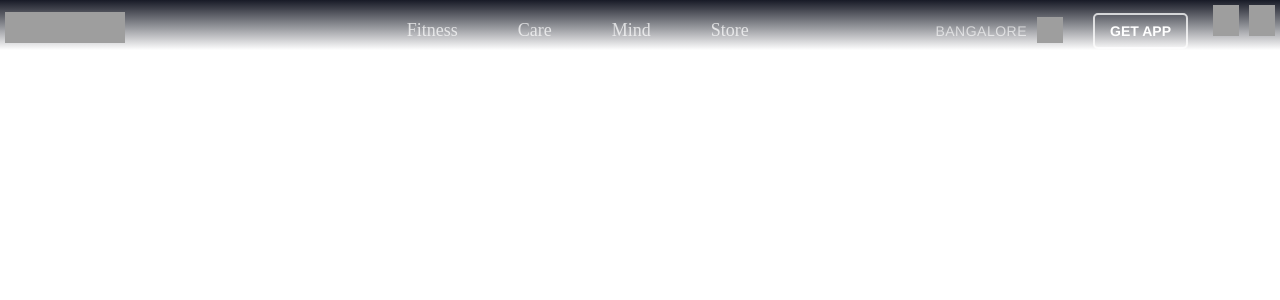
Repository: 1sanjeetsharma/cult-fit-clone
Page: /
The author's editor kept a copy of each file at every save. The page is drawn from the files as they stood at one save, then again after the next save.
The browser window is 1280 px wide. The pictures show the whole page.
Pictures or frames that could not be fetched are drawn as grey boxes. Some web fonts or font styles are not loaded; a fallback is used. The project was rebuilt for these pictures with package versions that can differ from the ones it lists, and the page was loaded fresh each time. Also part of the build but not shown: vite.config.js, src/components/body/footer/Footer.jsx.

Above is the page before, as saved 2023-07-31 16:59:23.

### src/App.jsx
import LandingPage from "./components/landingPage/LandingPage";
function App() {
	return (
		<>
			{/* <h1>Hello from app</h1> */}
			<LandingPage />
		</>
	);
}

export default App;

### src/components/landingPage/LandingPage.jsx
import Body from "../body/body";
// import Header from "../body/header/Header";
const LandingPage = () => {
	return (
		<>
			<Body></Body>
		</>
	);
};
export default LandingPage;

### src/components/body/body.jsx
import Header from "./header/Header";
import Footer from "./footer/Footer";
import "./body.css";
const Body = () => {
	console.log("hello from body");
	return (
		<>
			<Header />

			{/* <Footer /> */}
		</>
	);
};
export default Body;

### src/components/body/header/Header.jsx
import Navbar from "../Navbar/Navbar";
const Header = () => {
	return (
		<>
			<Navbar />
		</>
	);
};
export default Header;

### src/components/body/body.css
/*
//not working these font  */
@font-face {
	font-family: inter-bold;
	src: url("https://fonts.googleapis.com/css2?family=Inter:wght@700&display=swap");
}
@font-face {
	font-family: helvetica-neue;
	src: url("https://fonts.cdnfonts.com/css/helvetica-neue-5");
}
body {
	font-family: inter-bold, helvetica-neue;
}

### src/components/body/Navbar/Navbar.jsx
import "./navbar.css";
const Navbar = () => {
	return (
		<>
			<div className="Nav-container">
				<nav>
					<a href="javascript:viod(0)">
						<img
							className="logo"
							height={"31px"}
							width={"120px"}
							src="https://cdn-images.cure.fit/www-curefit-com/image/upload/c_fill,w_120,q_auto:eco,dpr_2,f_auto,fl_progressive//image/test/brand-logo/vman-and-white-cult-text.png"
							alt="logo"
						/>
					</a>
					<div className="tabs">
						<a href="javascript:void(0)">Fitness</a>
						<a href="javascript:void(0)">Care</a>
						<a href="javascript:void(0)">Mind</a>
						<a href="javascript:void(0)">Store</a>
					</div>
					<div className="btns">
						<div className="location">
							<div className="loc-text">BANGALORE</div>
							<div className="loc-img" width="26px" height="26px">
								<img
									src="https://cdn-images.cure.fit/www-curefit-com/image/upload/c_fill,w_26,q_auto:eco,dpr_2,f_auto,fl_progressive/image/test/header/location.png"
									width={"26px"}
									height={"26px"}
									loading="lazy"
									alt="location"
								/>
							</div>
						</div>
						<div className="get-app">
							<button>GET APP</button>
						</div>
						<div className="avatar">
							<button>
								<img
									className="btn-img"
									src="https://cdn-images.cure.fit/www-curefit-com/image/upload/c_fill,w_26,q_auto:eco,dpr_2,f_auto,fl_progressive/image/test/header/Profile.png"
									alt="profile picture"
									width="26px"
									height="26px"
								/>
							</button>
						</div>
						<button className="cart">
							<img
								className="btn-img"
								src="https://cdn-images.cure.fit/www-curefit-com/image/upload/c_fill,q_auto:eco,dpr_2,f_auto,fl_progressive//image/test/cart-dark-theme.svg"
								alt="cart"
								width="26px"
								height="26px"
							/>
						</button>
					</div>
				</nav>
			</div>
		</>
	);
};
export default Navbar;

### src/components/body/Navbar/navbar.css
* {
	margin: 0px;
	padding: 0px;
	box-sizing: border-box;
	line-height: 1.42;
}
a {
	text-decoration: none;
	cursor: pointer;
}
.Nav-container {
	position: fixed;
	/* display: flexbox; */
	top: 0px;
	/* height: 60px; */
	width: 100%;

	/* align-content: center; */
	/* text-align: center; */
	/* background-color: #00000077; */
	box-sizing: border-box;
	/* z-index: 2; */
}

.logo,
.btn-img {
	height: 31px;
}
nav {
	display: flex;
	height: 50px;
	padding: 5px;
	flex-flow: row wrap;
	align-items: center;
	justify-content: space-between;
	background-image: linear-gradient(
		to bottom,
		#171a26,
		rgba(23, 26, 38, 0.0001)
	);
}
.tabs {
	/* color: #fff; */
	display: flex;
	flex-direction: row;
	justify-content: spae-between;
	margin-left: 110px;
}
.tabs > a {
	height: 100%;
	color: #fff;
	transition: all 150ms ease;
	opacity: 70%;
	padding: 0 30px;
	line-height: 22px;
	font-size: 18px;
}
.bnts {
	display: flex;
	align-items: center;
	/* flex-direction: row; */
}
.location {
	display: inline-flex;
	flex-direction: row;
	background: transparent;
	/* outline: none; */
	/* box-shadow: none; */
	line-height: 22px;
	font-size: 14px;
	text-align: center;
	margin: auto;
	padding: 7px 15px;
	border-radius: 5px;
	transition: all 100ms ease;
	color: rgb(255 255 255/ 60%);
}
.location:hover {
	background: rgb(255 255 255 / 10%);
}
.location > .loc-text {
	text-align: center;
	cursor: pointer;
	margin: 0;
	margin-top: 0px;
	margin-right: 0px;
	color: rgb(255 255 255 / 60%);
	font-size: 14px;
	font-family: Inter-Regular, Helvetica Neue, Helvetica, Roboto, Arial,
		sans-serif;
	letter-spacing: 0.5px;
	line-height: 22px;
	margin-right: 10px;
	margin-top: 3px;
	max-width: 95px;
	overflow: hidden;
	text-overflow: ellipsis;
	white-space: nowrap;
}
.location > .loc-img {
	width: 26px;
	min-height: fit-content;
	overflow: hidden;
	position: relative;
}
.location > img {
	vertical-align: middle;
	position: relative;
	opacity: 1;
	transition: opacity 150ms ease 0s;
	top: 0px;
	left: 0px;
	width: 100%;
}
button {
	all: unset;
	cursor: pointer;
	/* text-align: center; */
	margin: auto;
}
button:focus {
	outline: revert;
}
.get-app {
	display: inline-block;
}
.get-app > button {
	margin-inline: 15px;
	font-family: Inter-Medium, Helvetica Neue, Helvetica, Roboto, Arial,
		sans-serif;
	transition: all 250ms ease;
	color: white;
	border: 2px solid rgba(255, 255, 255, 0.75);
	font-size: 14px;
	line-height: 18px;
	padding: 7px 15px;
	border-radius: 5px;
	font-weight: 700;
}
.avatar {
	display: inline-block;
	box-sizing: border-box;
	padding: 0 10px;
	border-radius: 50%;
}
.avatar:hover {
	background: rgb(255 255 255 / 10%);
}
.cart {
	/* border */
}

Loaded but not shown: index.html (common file); src/main.jsx (common file)

After the next save:
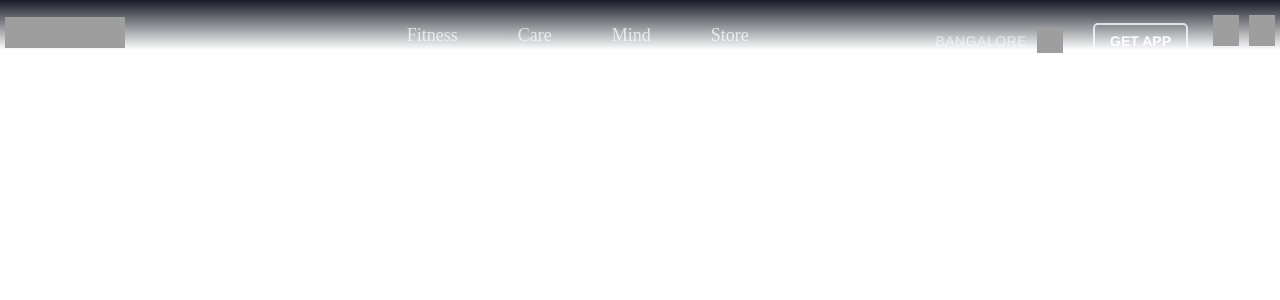
Saved 16 s later.
--- a/src/components/body/Navbar/navbar.css
+++ b/src/components/body/Navbar/navbar.css
@@ -140,7 +140,7 @@
 .avatar {
 	display: inline-block;
 	box-sizing: border-box;
-	padding: 0 10px;
+	padding: 10px 10px;
 	border-radius: 50%;
 }
 .avatar:hover {

After the save that followed:
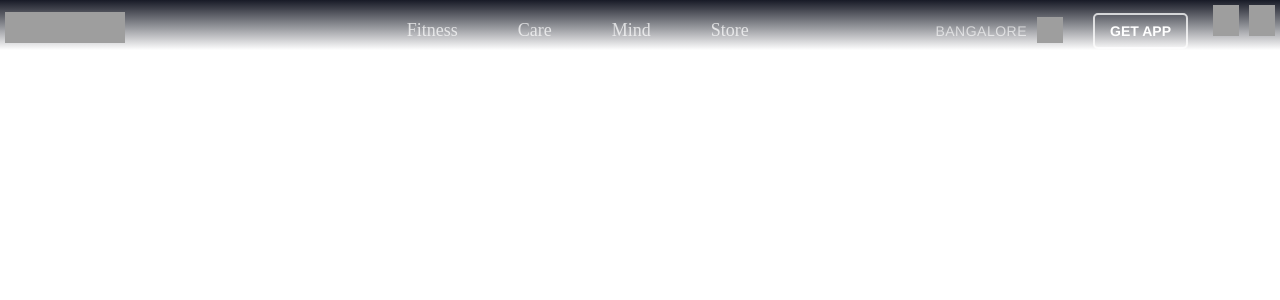
Saved 10 s later.
--- a/src/components/body/Navbar/navbar.css
+++ b/src/components/body/Navbar/navbar.css
@@ -140,7 +140,7 @@
 .avatar {
 	display: inline-block;
 	box-sizing: border-box;
-	padding: 10px 10px;
+	padding-inline: 10px;
 	border-radius: 50%;
 }
 .avatar:hover {
